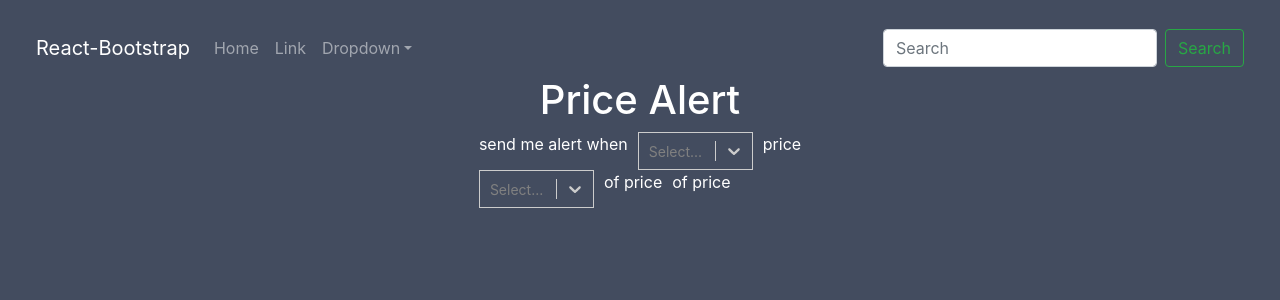
Repository: flychicken123/PriceAlertFront
Page: /
The author's editor kept a copy of each file at every save. The page is drawn from the files as they stood at one save, then again after the next save.
The browser window is 1280 px wide. The pictures show the whole page.
The page's requests for data from a server got no answer. The project was rebuilt for these pictures with package versions that can differ from the ones it lists, and the page was loaded fresh each time. No one was signed in, and anything a server would have sent is missing. Also part of the build but not shown: src/App.css, src/css/Home.css.

Above is the page before, as saved 2021-03-07 12:09:08.

### public/index.html
<!DOCTYPE html>
<html lang="en">
  <head>
    <meta charset="utf-8" />
    <link rel="icon" href="%PUBLIC_URL%/favicon.ico" />
    <meta name="viewport" content="width=device-width, initial-scale=1" />
    <meta name="theme-color" content="#000000" />
    <meta
      name="description"
      content="Web site created using create-react-app"
    />
    <link rel="apple-touch-icon" href="%PUBLIC_URL%/logo192.png" />
    <!--
      manifest.json provides metadata used when your web app is installed on a
      user's mobile device or desktop. See https://developers.google.com/web/fundamentals/web-app-manifest/
    -->
    <link rel="manifest" href="%PUBLIC_URL%/manifest.json" />
    <link
  rel="stylesheet"
  href="https://cdn.jsdelivr.net/npm/bootstrap@4.6.0/dist/css/bootstrap.min.css"
  integrity="sha384-B0vP5xmATw1+K9KRQjQERJvTumQW0nPEzvF6L/Z6nronJ3oUOFUFpCjEUQouq2+l"
  crossorigin="anonymous"
/>
<link rel="stylesheet" href="https://fonts.googleapis.com/css?family=Roboto:300,400,500,700&display=swap" />

    <!--
      Notice the use of %PUBLIC_URL% in the tags above.
      It will be replaced with the URL of the `public` folder during the build.
      Only files inside the `public` folder can be referenced from the HTML.

      Unlike "/favicon.ico" or "favicon.ico", "%PUBLIC_URL%/favicon.ico" will
      work correctly both with client-side routing and a non-root public URL.
      Learn how to configure a non-root public URL by running `npm run build`.
    -->
    <title>React App</title>
  </head>
  <body>
    <noscript>You need to enable JavaScript to run this app.</noscript>
    <div id="root"></div>
    <!--
      This HTML file is a template.
      If you open it directly in the browser, you will see an empty page.

      You can add webfonts, meta tags, or analytics to this file.
      The build step will place the bundled scripts into the <body> tag.

      To begin the development, run `npm start` or `yarn start`.
      To create a production bundle, use `npm run build` or `yarn build`.
    -->
  </body>
</html>

### src/App.js
import logo from './logo.svg';
import './App.css';
import { BrowserRouter as Router, Switch, Route } from 'react-router-dom';
import TopNavbar from './components/TopNavbar';
import Home from './components/Home.jsx';
const App = () => {
  return (
    <Router>
      <TopNavbar />
      <Switch>
        <Route path='/' component={Home} />
      </Switch>
    </Router>
  )
}

export default App;

### src/components/TopNavbar.jsx
import React, { Component } from 'react';
import { Button, Navbar, Nav, NavDropdown, Form, FormControl } from "react-bootstrap";
const TopNavbar = () => {
    return (
        <div>
            <Navbar bg="#282c34" variant="dark" expand="lg">
                <Navbar.Brand href="#home">React-Bootstrap</Navbar.Brand>
                <Navbar.Toggle aria-controls="basic-navbar-nav" />
                <Navbar.Collapse id="basic-navbar-nav">
                    <Nav className="mr-auto">
                        <Nav.Link href="#home">Home</Nav.Link>
                        <Nav.Link href="#link">Link</Nav.Link>
                        <NavDropdown title="Dropdown" id="basic-nav-dropdown">
                            <NavDropdown.Item href="#action/3.1">Action</NavDropdown.Item>
                            <NavDropdown.Item href="#action/3.2">Another action</NavDropdown.Item>
                            <NavDropdown.Item href="#action/3.3">Something</NavDropdown.Item>
                            <NavDropdown.Divider />
                            <NavDropdown.Item href="#action/3.4">Separated link</NavDropdown.Item>
                        </NavDropdown>
                    </Nav>
                    <Form inline>
                        <FormControl type="text" placeholder="Search" className="mr-sm-2" />
                        <Button variant="outline-success">Search</Button>
                    </Form>
                </Navbar.Collapse>
            </Navbar>
        </div>
    )
};
export default TopNavbar

### src/components/Home.jsx
import React, { useState, Component, Select, useEffect, useCallback } from 'react';
import AsyncSelect from 'react-select/async';
import { Form, Container, Col } from 'react-bootstrap';
import { Helmet } from 'react-helmet';
import '../css/Home.css';
export default function Home(props) {

    const [coinTypes, setCoinTypes] = useState([]);
    const [selectedOption, setSelectedOption] = useState(props ? props.match?.params?.template_id : null);
    const customStyles = {
        control: base => ({
            ...base,
            height: 25,
            width: 115,
            fontSize: 14,
        })
    };

    // const coinOptions = (f) => {
    //     return [{ name: "- select -", id: "" }, ...coinTypes].map((coinType) => {
    //         return {
    //             label: coinType.name,
    //             value: coinType.id
    //         }
    //     })
    // };
    const handleCoinChange = useCallback((coin_id) => {
        setSelectedOption(coin_id);
        console.log(coin_id.name);
    }, []);
    const fetchCoinList = () => {
        return fetch(`https://6043fea2a20ace001728e9b7.mockapi.io/api/v1/coinlist/coinlist`).then(res => res.json());
    }


    return (

        < div className='mainControl' >
            <Helmet>
                <style>{'body { background-color: #434c5f;text-align: center; padding: 20px;color: white; }'}</style>
            </Helmet>
            <Container fluid="md">

                <div style={{ display: 'flex', justifyContent: 'center', height: '50vh', backgroundColor: '#434c5f', width: '200' }}>

                    <Form>
                        <h1>Price Alert</h1>

                        <Form.Row className="justify-content-md-center">

                            <Col lg="auto" >send me alert when</Col>
                            <Col md="auto">
                                <AsyncSelect
                                    cacheOptions
                                    defaultOptions
                                    onChange={handleCoinChange}
                                    value={selectedOption}
                                    loadOptions={fetchCoinList}
                                    getOptionValue={option => option.id}
                                    getOptionLabel={option => option.name}
                                    styles={customStyles}
                                    theme={theme => ({
                                        ...theme,
                                        borderRadius: 0,
                                        colors: {
                                            ...theme.colors,
                                            primary25: '#191f2b',
                                            primary: '#515c73f',
                                            neutral0: '434c5f',
                                            neutral80: 'white'

                                        },
                                    })}
                                />
                            </Col>
                            <Col xs="auto">price</Col>

                        </Form.Row>

                        <Form.Row>
                            <Col xs="auto">
                                <AsyncSelect
                                    cacheOptions
                                    defaultOptions
                                    onChange={handleCoinChange}
                                    value={selectedOption}
                                    loadOptions={fetchCoinList}
                                    getOptionValue={option => option.id}
                                    getOptionLabel={option => option.name}
                                    styles={customStyles}
                                    theme={theme => ({
                                        ...theme,
                                        borderRadius: 0,
                                        colors: {
                                            ...theme.colors,
                                            primary25: '#191f2b',
                                            primary: '#515c73f',
                                            neutral0: '434c5f',
                                            neutral80: 'white'

                                        },
                                    })}
                                />

                            </Col>
                            <Col xs="auto">of price</Col>
                            <Col xs="auto">of price</Col>
                        </Form.Row>
                    </Form>

                </div>
            </Container>
        </div >
    )
}

Loaded but not shown: src/index.js (common file); src/index.css (common file); src/reportWebVitals.js (common file)

After the next save:
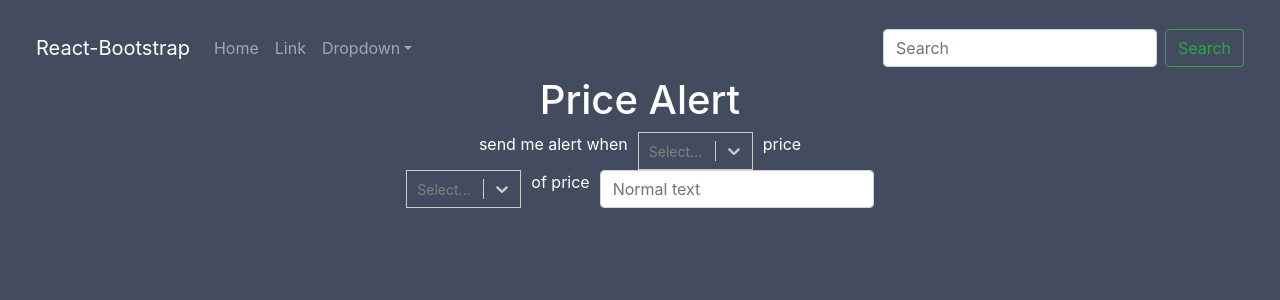
Saved 65 s later.
--- a/src/components/Home.jsx
+++ b/src/components/Home.jsx
@@ -104,7 +104,7 @@ export default function Home(props) {
 
                             </Col>
                             <Col xs="auto">of price</Col>
-                            <Col xs="auto">of price</Col>
+                            <Col xs="auto"> <Form.Control type="text" placeholder="Normal text" /></Col>
                         </Form.Row>
                     </Form>
 
